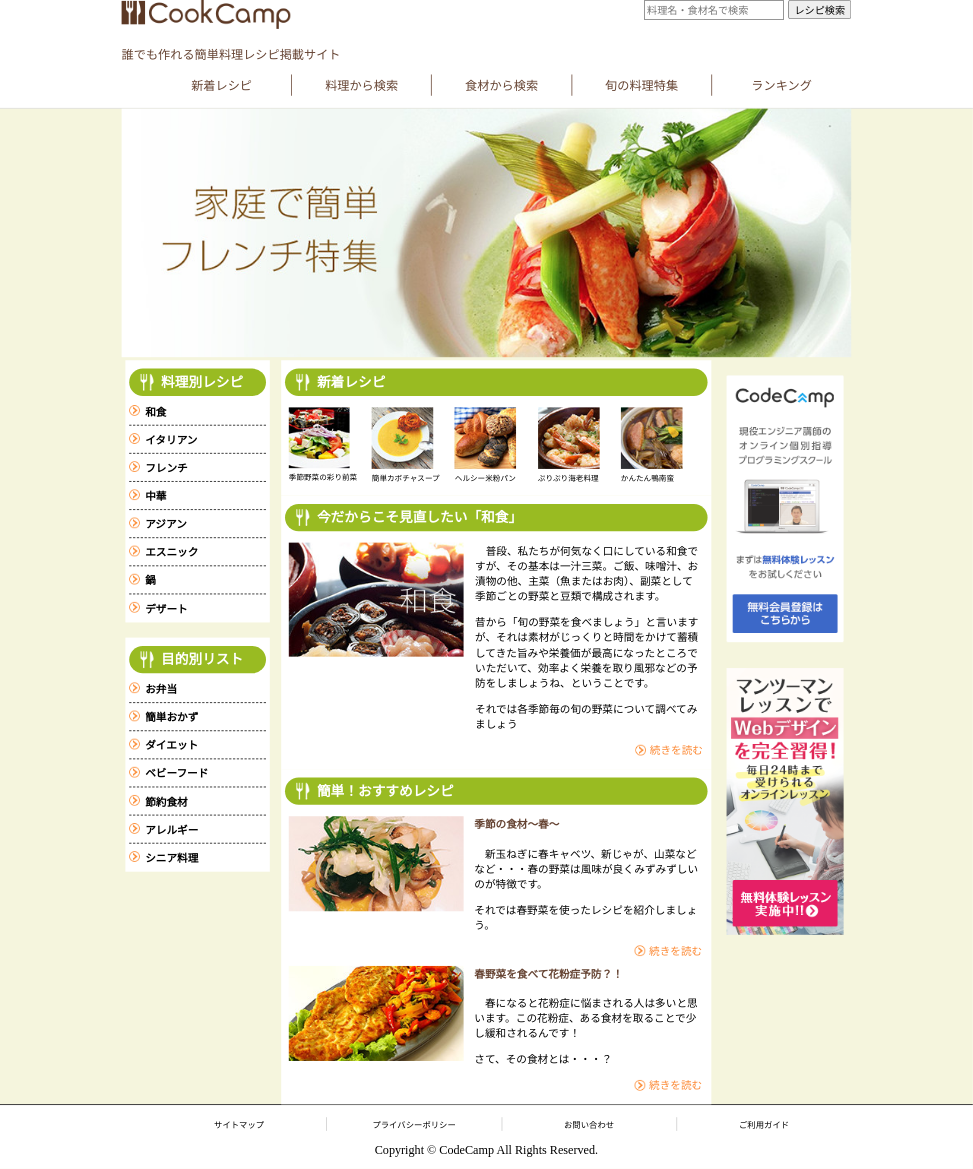
Repository: tomimaler/dc_work_tamachi_inagaki_html
Page: cookcamp/cookcamp.html
The author's editor kept a record of every edit. The page is drawn from the files as they stood at one moment, then again after the next edit.
The browser window is 1280 px wide. The pictures show the whole page, at 76% of full size.

Above is the page before.

### cookcamp/cookcamp.html
<!DOCTYPE html>
<html lang="ja">
 <head>
  <meta charset="UTF-8">
  <title>CookCamp</title>
  <link rel="stylesheet" href="cookcamp.css">

 <body>
  <header>
    <div class="container">
        <img class="logo" src="images/structure/logo.png">
        <input type="submit" value="レシピ検索">
        <input id="search" type="text" name="search" placeholder="料理名・食材名で検索">
        <p>誰でも作れる簡単料理レシピ掲載サイト</p>
        <ul class="header-menu">
            <a href="#"><li class="menu1">新着レシピ</li></a>
            <a href="#"><li>料理から検索</li></a>
            <a href="#"><li>食材から検索</li></a>
            <a href="#"><li>旬の料理特集</li></a>
            <a href="#"><li>ランキング</li></a>
        </ul>
    </div>
 </header>
 <main>
    <div class="container clearfix">
        <img class="mainView" src="images/contents/mainView.jpg">
        <nav class="left-column">
            <div class="recipe-nav">
                <h3><img src="images/icon/dish.png">料理別レシピ</h3>
                <ul class="recipe-list">
                    <a href="#"><li>和食</li></a>
                    <a href="#"><li>イタリアン</li></a>
                    <a href="#"><li>フレンチ</li></a>
                    <a href="#"><li>中華</li></a>
                    <a href="#"><li>アジアン</li></a>
                    <a href="#"><li>エスニック</li></a>
                    <a href="#"><li>鍋</li></a>
                    <a href="#"><li>デザート</li></a>
                </ul>
            </div>
            <div class="recipe-nav">
                <h3><img src="images/icon/dish.png">目的別リスト</h3>
                <ul class="recipe-list">
                    <a href="#"><li>お弁当</li></a>
                    <a href="#"><li>簡単おかず</li></a>
                    <a href="#"><li>ダイエット</li></a>
                    <a href="#"><li>ベビーフード</li></a>
                    <a href="#"><li>節約食材</li></a>
                    <a href="#"><li>アレルギー</li></a>
                    <a href="#"><li>シニア料理</li></a>
                </ul>
            </div>
        </nav>
        <div class="main-column">
            <div class="article">
                <h3><img src="images/icon/dish.png">新着レシピ</h3>
                <div class="section">
                    <div class="new-recipes">
                        <div class="new-recipe">
                            <img src="images/contents/newRecipes1.jpg" alt="季節野菜の彩り前菜">
                            <p>季節野菜の彩り前菜</p>
                        </div>
                        <div class="new-recipe">
                            <img src="images/contents/newRecipes2.jpg" alt="簡単カボチャスープ">
                            <p>簡単カボチャスープ</p>
                        </div>
                        <div class="new-recipe">
                            <img src="images/contents/newRecipes3.jpg" alt="ヘルシー米粉パン">
                            <p>ヘルシー米粉パン</p>
                        </div>
                        <div class="new-recipe">
                            <img src="images/contents/newRecipes4.jpg" alt="ぷりぷり海老料理">
                            <p>ぷりぷり海老料理</p>
                        </div>
                        <div class="new-recipe">
                            <img src="images/contents/newRecipes5.jpg" alt="かんたん鴨南蛮">
                            <p>かんたん鴨南蛮</p>
                        </div>
                    </div>
                </div>
            </div>
            <div class="article">
                <h3><img src="images/icon/dish.png">今だからこそ見直したい「和食」</h3>
                <div class="section">
                    <img class="section-img" src="images/contents/topics.jpg" alt="和食" align="left">
                    <div class="section-text main-text">
                        <p>　普段、私たちが何気なく口にしている和食ですが、その基本は一汁三菜。ご飯、味噌汁、お漬物の他、主菜（魚またはお肉）、副菜として季節ごとの野菜と豆類で構成されます。</p>
                        <p>昔から「旬の野菜を食べましょう」と言いますが、それは素材がじっくりと時間をかけて蓄積してきた旨みや栄養価が最高になったところでいただいて、効率よく栄養を取り風邪などの予防をしましょうね、ということです。</p>
                        <p>それでは各季節毎の旬の野菜について調べてみましょう</p>
                        <a href="#"><img src="images/icon/arrow.png" alt="arrow">続きを読む</a>
                    </div>
                </div>
            </div>
            <div class="article">
                <h3><img src="images/icon/dish.png">簡単！おすすめレシピ</h3>
                <div class="section">
                    <img class="section-img" src="images/contents/pushRecipes1.jpg" alt="春">
                    <div class="section-text">
                        <h4>季節の食材～春～</h4>
                        <p>　新玉ねぎに春キャベツ、新じゃが、山菜などなど・・・春の野菜は風味が良くみずみずしいのが特徴です。</p>
                        <p>それでは春野菜を使ったレシピを紹介しましょう。</p>
                        <a href="#"><img src="images/icon/arrow.png" alt="arrow">続きを読む</a>
                    </div>
                    <img class="section-img" src="images/contents/pushRecipes2.jpg" alt="花粉症">
                    <div class="section-text">
                        <h4>春野菜を食べて花粉症予防？！</h4>
                        <p>　春になると花粉症に悩まされる人は多いと思います。この花粉症、ある食材を取ることで少し緩和されるんです！</p>
                        <p>さて、その食材とは・・・？</p>
                        <a href="#"><img src="images/icon/arrow.png" alt="arrow">続きを読む</a>
                    </div>
                </div>
            </div>
        </div>
        <aside class="right-column">
            <a href="#"><img src="images/contents/right1.png"></a>
            <a href="#"><img src="images/contents/right2.png"></a>
        </aside>
    </div>
</main>
<footer>
    <div class="container">
        <ul class="footer-list">
            <a href="#"><li>サイトマップ</li></a>
            <a href="#"><li>プライバシーポリシー</li></a>
            <a href="#"><li>お問い合わせ</li></a>
            <a href="#"><li>ご利用ガイド</li></a>
        </ul>
        <p>Copyright &copy; CodeCamp All Rights Reserved.</p>
    </div>
</footer>
</body>
</html>

### cookcamp/cookcamp.css
body {
    margin:0;
}

.container {
    width:960px;
    margin:0 auto;
}

main {
    background-color:#f5f5dd;
    font-family:"Yu Gothic";
    font-weight:500;
}

a {
    text-decoration:none;
}

header, footer {
    background-color:white;
}

header {
    border-bottom:1px solid #cccccc;
}

header logo {
    float:left;
}

header p{
    color:#664433;
    clear:both;
}

header input {
    float:right;
}

#search {
    height:20px;
    margin-right:5px;
}

.header-menu {
    display:flex;
    text-align:center;
    list-style:none;
}

.header-menu a+ a {
    border-left:1px solid;
}

.header-menu a {
    color:#664433;
    flex:1;
    padding:2px;
}

.mainView {
    width:100%;
}

.recipe-nav {
    margin:0px 5px 20px 5px;
    padding:1px 5px;
    background-color:white;
}

h3 {
    background-color:#99bb22;
    padding:5px;
    margin:10px 0;
    border-radius:25px;
    line-height:26px;
    font-size:18px;
    color:white;
    /*文字の上下の余白が均等じゃない*/
}

h3 img {
    margin-left:10px;
    margin-right:10px;
    vertical-align:-18%;
}

.recipe-list {
    list-style-image: url('images/icon/arrow.png');
    margin:0;
    font-size:12px;
    padding-left:0;
}

.recipe-list a {
    display:block;
    color:black;
    width:100%;
}

.recipe-list li {
    margin:8px 0;
    font-size:14px;
    font-weight:bold;
    list-style-position:inside;
}

.recipe-list a+ a {
    border-top:1px dashed;
}

.new-recipes {
    display:flex;
/*flexbox内の画像が左に寄っているので中央に寄せたい*/
}

.new-recipe {
    flex:1;
    justify-content: center;
    align-items:center;
}

.new-recipe img {
    margin:0 auto;
    padding-bottom:0;
}

.new-recipe p {
    font-size:10px;
    width:100%;
    margin-top:0;
    padding-top:0;
}

.section-img {
    display:inline-block;
}

.section-text {
    display:inline-block;
    vertical-align:top;
    margin-left:10px;
    font-size:14px;
    width:300px;
}

.main-text {
    margin-left:15px;
}

.section-text p {
    margin-top:0;
}

.section-text a{
    color:#fc8833;
    vertical-align:top;
    float:right;
    margin-bottom:10px;
}

.section-text img {
    margin-right:5px;
    vertical-align:-10%;
}

h4 {
    color:#664433;
    margin-top:0;
}

.article {
    margin:0px 10px;
    padding:1px 5px;
    background-color:white;
}

.section {
    padding:5px;
}

.right-column img {
    margin:20px 10px 10px 10px;
}

.left-column {
    width:200px;
    float:left;
}

.main-column {
    width:586px;
    float:left;
}

.right-column {
    width:155px;
    float:left;
}

.clearfix::after {
content: "";
display: block;
clear: both;
}

footer {
    clear:both;
    border-top:1px solid;
    text-align:center;
}

.footer-list {
    display:flex;
    text-align:center;
    list-style:none;
    /*サイズを見本みたいに縮めたい*/
}

.footer-list a {
    flex:1;
    padding:1px;
    font-size:11px;
    color:black;
}

.footer-list a+ a {
    border-left:1px solid #cccccc;
}

After the next edit:
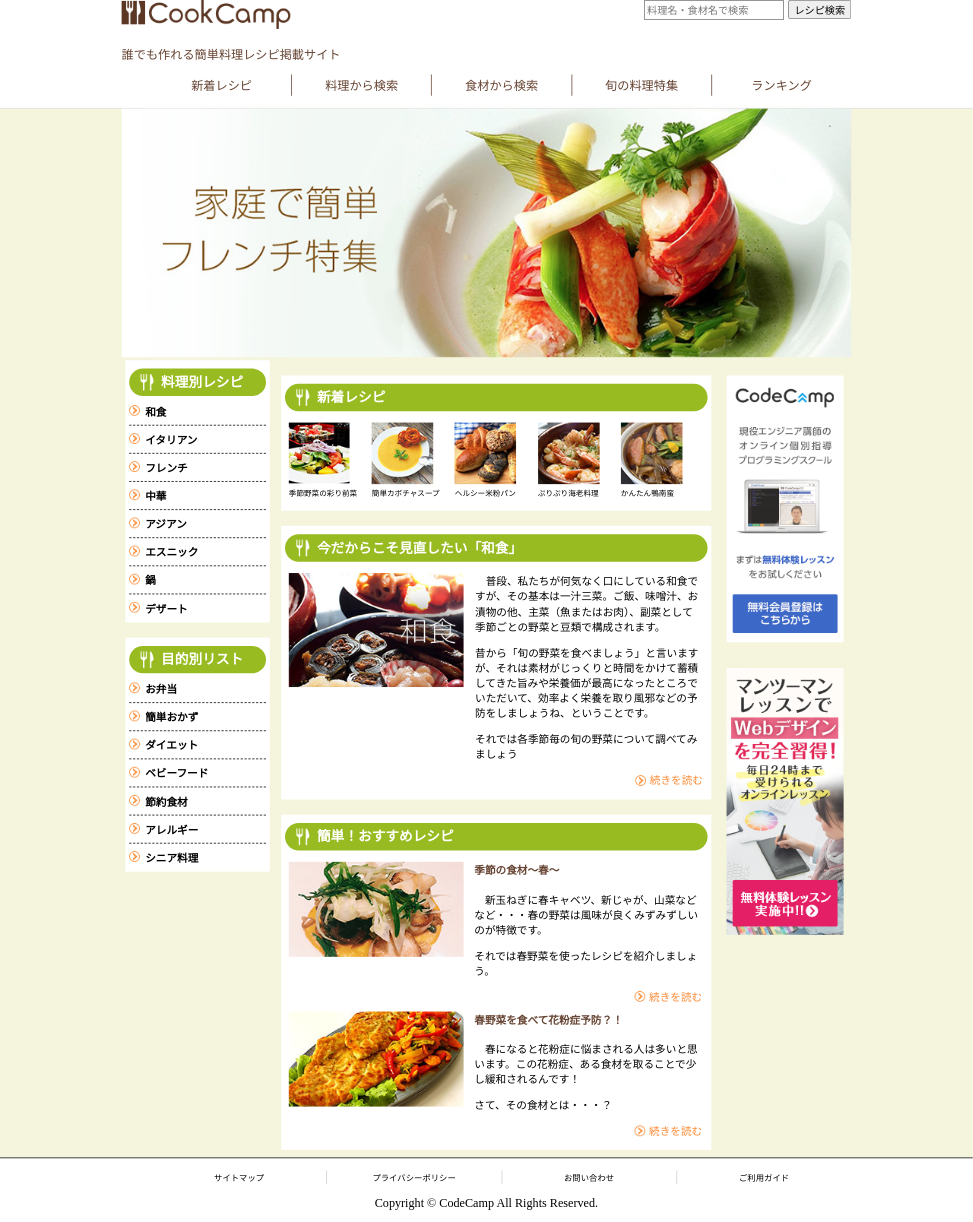
The edit:
--- a/cookcamp/cookcamp.css
+++ b/cookcamp/cookcamp.css
@@ -171,7 +171,7 @@
 }
 
 .article {
-    margin:0px 10px;
+    margin:20px 10px 10px 10px;
     padding:1px 5px;
     background-color:white;
 }
